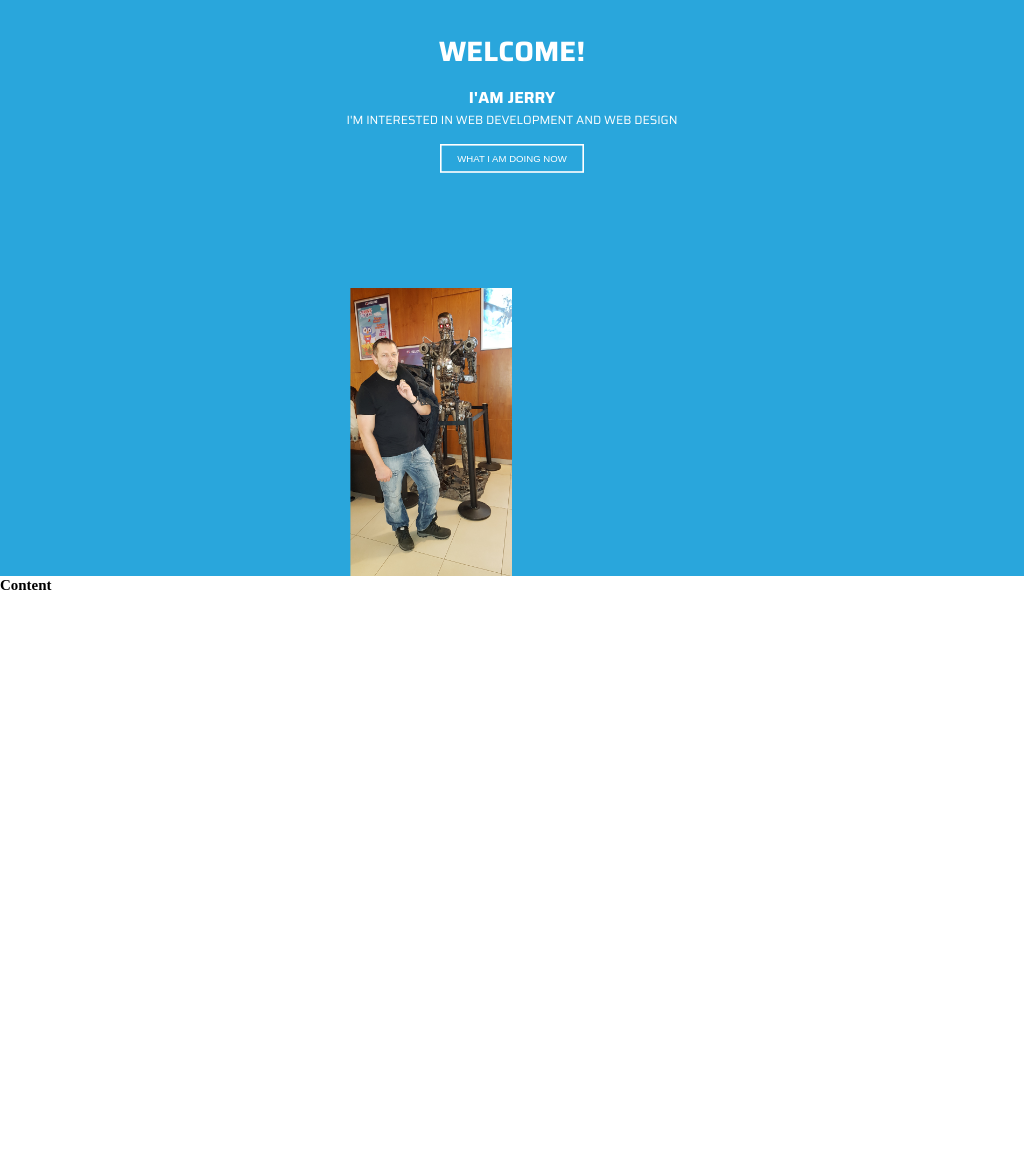
Repository: navanweb/dev
Page: jerry.html
The author's editor kept a copy of each file at every save. The page is drawn from the files as they stood at one save, then again after the next save.
The browser window is 1280 px wide. The pictures show the whole page, at 80% of full size.

Above is the page before, as saved 2019-04-06 19:24:42.

### jerry.html
<!DOCTYPE html>
<html>

<head>
  <meta charset="UTF-8">
  <meta name="viewport" content="width=device-width, initial-scale=1.0">
  <meta http-equiv="X-UA-Compatible" content="ie=edge">
  <title>Jerry</title>
  <link href="https://fonts.googleapis.com/css?family=Saira:400,700" rel="stylesheet">
  <link rel="stylesheet" type="text/css" href="css/jerry.css">
</head>

<body>
  <header>
    <div class="welcome">
      <p>welcome!</p>
      <h1>I'am Jerry</h1>
      <h2>I'm interested in web development and web design</h2>
      <button>what I am doing now</button>
    </div>
    <img src="images/jerry.jpg" alt="Jerry photo PCWitcher">
  </header>
  <h3>Content</h3>
</body>

</html>

### css/jerry.css
/* font-family: 'Saira', sans-serif; */

* {
    margin: 0;
    padding: 0;
    box-sizing: border-box;
}

header {
    position: relative;
    background-color: #29a6dc;
    height: 100vh;
    /* overflow: hidden; */
    /* max-width: 1920px; */
    /* margin: 0 auto; */
}

header>* {
    position: absolute;
}

header img {
    height: 50%;
    bottom: 0;
    right: 50%;
}

header .welcome {
    top: 5%;
    left: 5%;
    right: 5%;
}

header div {
    text-align: center;
    font-family: 'Saira', sans-serif;
    font-weight: bold;
    font-size: 35px;
    color: white;
    text-transform: uppercase;
}

header h1 {
    font-size: 20px;
    margin-top: 15px;
}

header h2 {
    font-size: 15px;
    font-weight: 400;
}

header button {
    line-height: 32px;
    padding: 0 20px;
    text-transform: uppercase;
    color: white;
    background-color: transparent;
    font-size: 12px;
    border: 2px solid white;
}

h3 {
    height: 100vh;
}

After the next save:
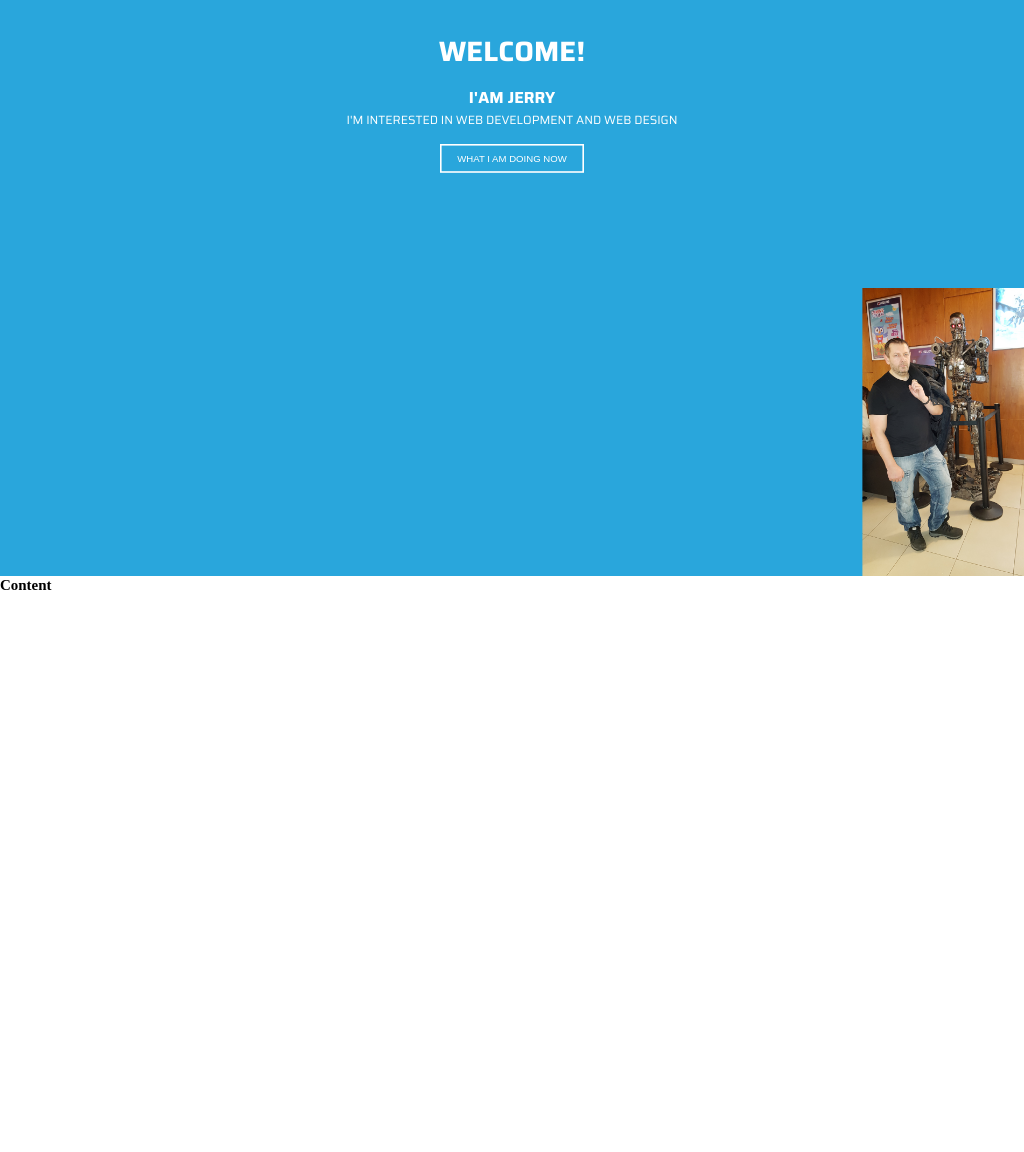
Saved 5 min 22 s later.
--- a/css/jerry.css
+++ b/css/jerry.css
@@ -22,7 +22,7 @@ header>* {
 header img {
     height: 50%;
     bottom: 0;
-    right: 50%;
+    right: 0;
 }
 
 header .welcome {
